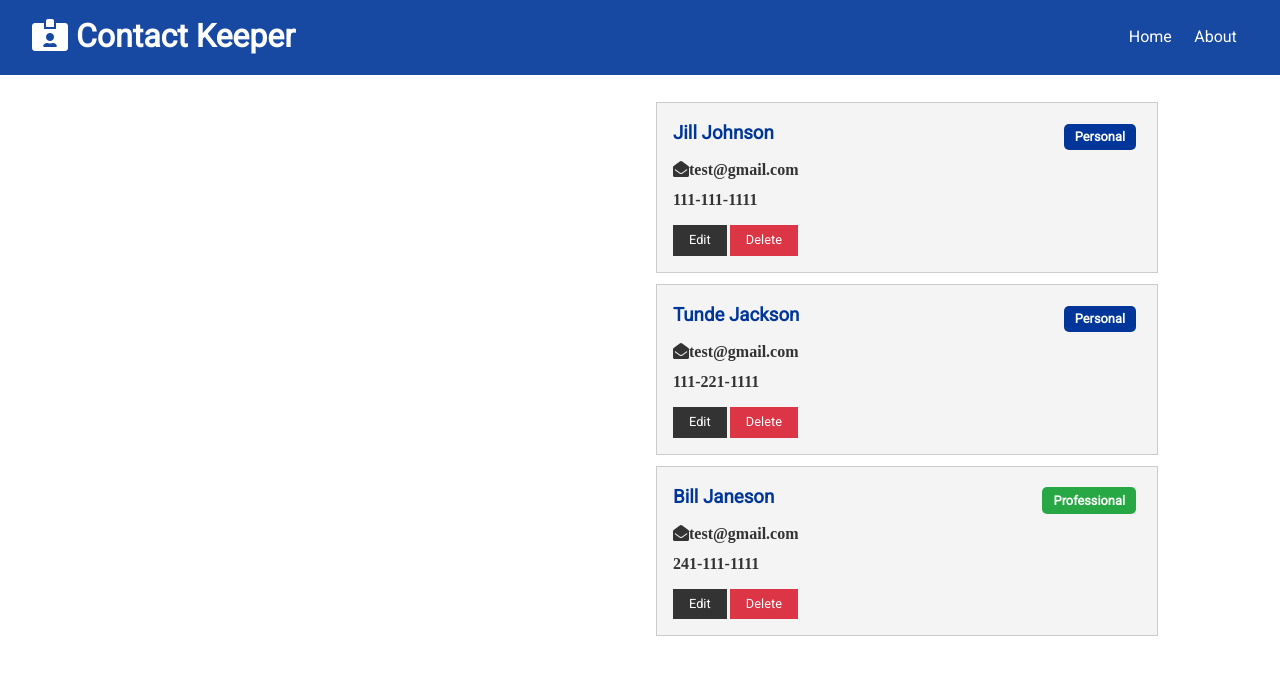
Repository: Art101-ui/Contact-keeper
Page: / (app in client/)
An editor plug-in stored every save of this project. The page is shown before and after the next save, followed by the edit.
The browser window is 1280 px wide. The pictures show the whole page.
Some web libraries are served in a nearby version. The project was rebuilt for these pictures with package versions that can differ from the ones it lists, and the page was loaded fresh each time. A package was used in the major version that the imports need, not the one package.json lists. Also part of the build but not shown: client/src/components/pages/About.js.

Above is the page before, as saved 2021-09-20 00:09:10.

After the next save:
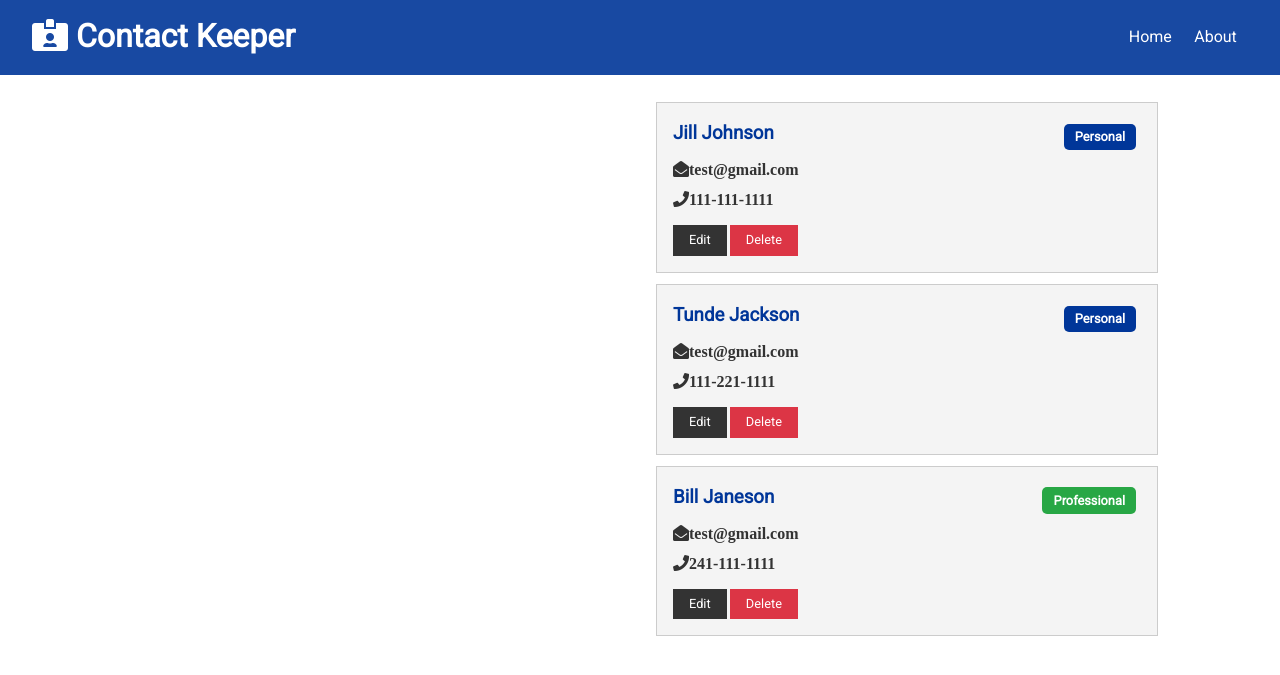
Saved 32 s later.
--- a/client/src/components/contacts/ContactsItem.js
+++ b/client/src/components/contacts/ContactsItem.js
@@ -16,7 +16,7 @@ const ContactsItem = ({contact}) => {
                          <i className="fas fa-envelope-open">{email}</i>
                      </li> }
                      {phone && <li>
-                         <i className="fas fa-phone-open">{phone}</i>
+                         <i className="fas fa-phone">{phone}</i>
                      </li> }
                  </ul>
                  <p className="button btn btn-dark btn-sm">Edit</p>
